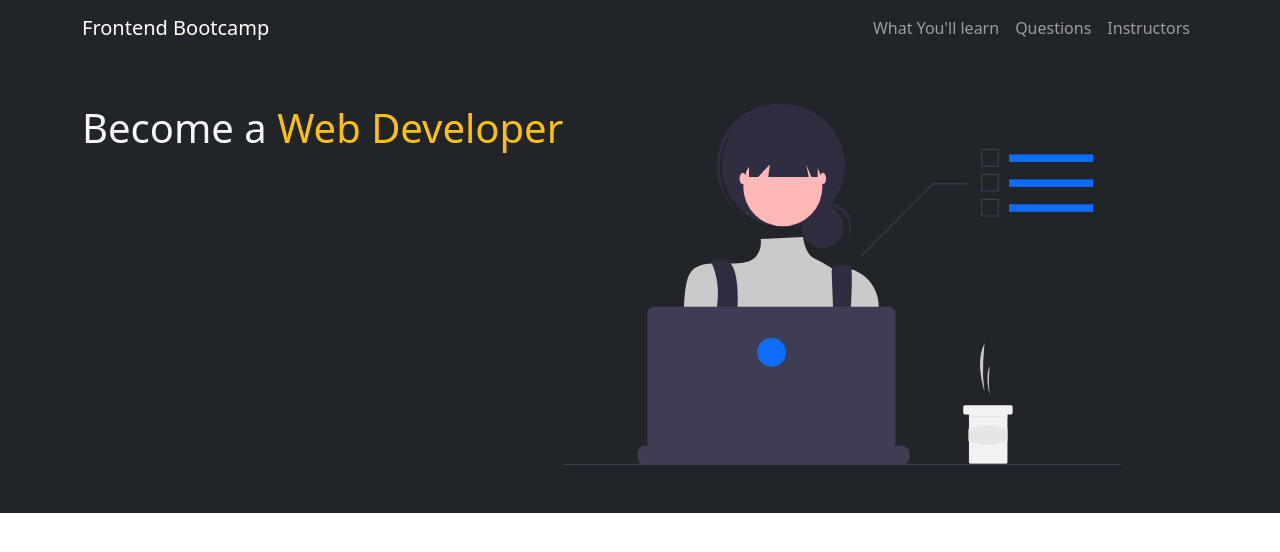
Repository: Marhamat92/Bootstrap5-Responsive-Website-
Page: index.html
The author's editor kept a copy of each file at every save. The page is drawn from the files as they stood at one save, then again after the next save.
The browser window is 1280 px wide. The pictures show the whole page.

Above is the page before, as saved 2021-09-18 16:11:39.

### index.html
<!DOCTYPE html>
<html lang="en">

<head>
    <meta charset="UTF-8">
    <meta http-equiv="X-UA-Compatible" content="IE=edge">
    <meta name="viewport" content="width=device-width, initial-scale=1.0">
    <link href="https://cdn.jsdelivr.net/npm/bootstrap@5.0.2/dist/css/bootstrap.min.css" rel="stylesheet"
        integrity="sha384-EVSTQN3/azprG1Anm3QDgpJLIm9Nao0Yz1ztcQTwFspd3yD65VohhpuuCOmLASjC" crossorigin="anonymous">
    <link rel="stylesheet" href="style.css">
    <title>Frontend Bootcamp</title>

</head>

<body>
    <!--Navbar-->
    <nav class="navbar navbar-expand-lg bg-dark navbar-dark">
        <div class="container">
            <a href="#" class="navbar-brand">Frontend Bootcamp</a>
            <button class="navbar-toggler" type="button" data-bs-toggle="collapse" data-bs-target="#navmenu">
                <span class="navbar-toggler-icon"></span>
            </button>
            <div class="collapse navbar-collapse" id="navmenu">
                <ul class="navbar-nav ms-auto">
                    <li class="nav-item">
                        <a href="#learn" class="nav-link">What You'll learn</a>
                    </li>
                    <li class="nav-item">
                        <a href="#questions" class="nav-link">Questions</a>
                    </li>
                    <li class="nav-item">
                        <a href="#instructors" class="nav-link">Instructors</a>
                    </li>
                </ul>
            </div>
        </div>
    </nav>

<!--Showcase-->

<section class="bg-dark text-light p-5 text-center">
    <div class="container">
      <div class="d-sm-flex">
          <div>
              <h1>Become a <span class="text-warning">Web Developer</span> </h1>
          </div>
          <img class="img-fluid w-50" src="img/showcase.svg" alt="showcase">
      </div>
    </div>
</section>
























    <script src="https://cdn.jsdelivr.net/npm/bootstrap@5.0.2/dist/js/bootstrap.bundle.min.js"
        integrity="sha384-MrcW6ZMFYlzcLA8Nl+NtUVF0sA7MsXsP1UyJoMp4YLEuNSfAP+JcXn/tWtIaxVXM" crossorigin="anonymous">
    </script>
</body>

</html>

Loaded but not shown: style.css (no copy from this time; the picture is the same without it)

After the next save:
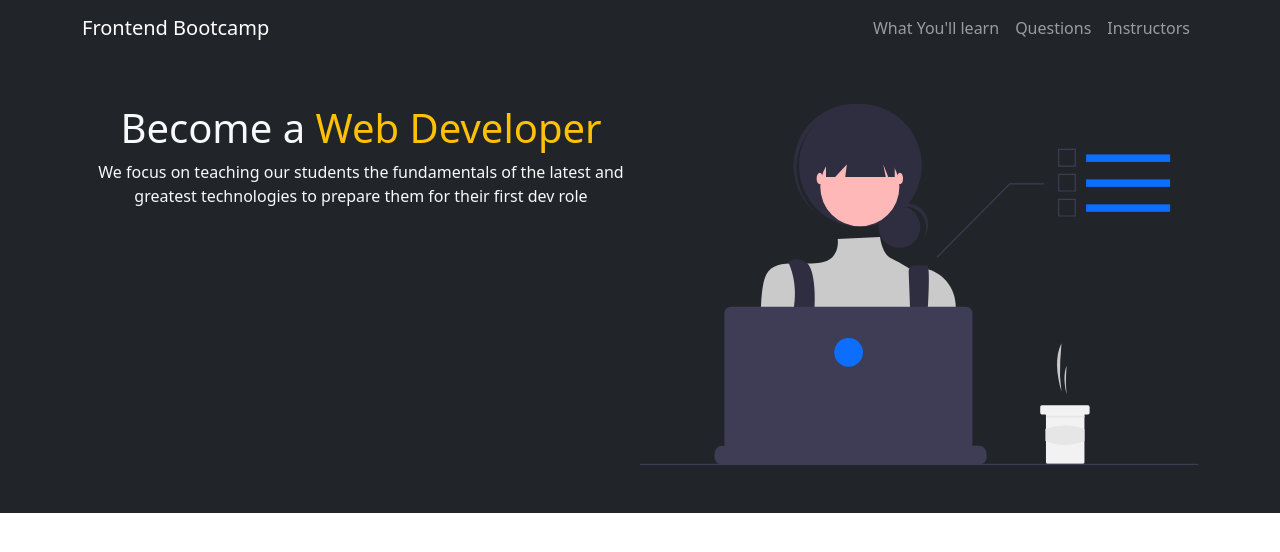
Saved 79 s later.
--- a/index.html
+++ b/index.html
@@ -43,6 +43,9 @@
       <div class="d-sm-flex">
           <div>
               <h1>Become a <span class="text-warning">Web Developer</span> </h1>
+              <p>We focus on teaching our students the fundamentals of the latest and
+                  greatest technologies to prepare them for their first dev role
+              </p>
           </div>
           <img class="img-fluid w-50" src="img/showcase.svg" alt="showcase">
       </div>
